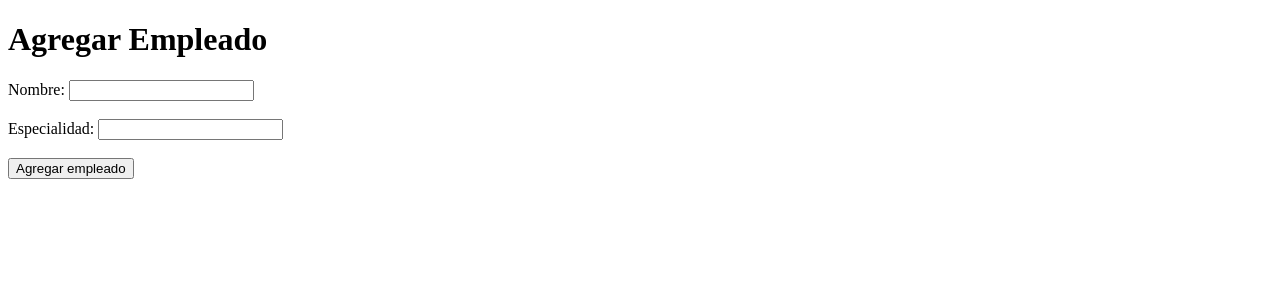
Repository: CarlosContrerasS/EvaluacionModulo4
Page: http://localhost/PruebaModulo4/AgregarEmpleado
These files come from the project's save history. The page is drawn as it stood at one moment and after the next save; the edit follows.
The browser window is 1280 px wide. The pictures show the whole page.
The page is served by Tomcat 9.

Above is the page before, as saved 2020-07-01 01:53:32.

After the next save:
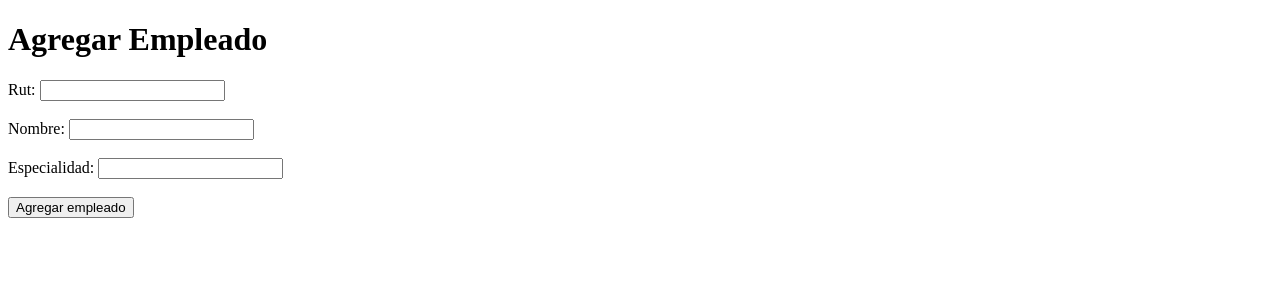
Saved 2 min 59 s later.
--- a/Eclipse/PruebaModulo4/WebContent/CrearEmpleado.jsp
+++ b/Eclipse/PruebaModulo4/WebContent/CrearEmpleado.jsp
@@ -15,6 +15,7 @@
 </c:if>
 
 <form method="post" action="AgregarEmpleado">
+	Rut: <input type="text" name="rut" /><br/><br/>
 	Nombre: <input type="text" name="nombre" /><br/><br/>
 	Especialidad: <input type="text" name="especialidad" /><br/><br/>
 	<input type="submit" value="Agregar empleado" />
